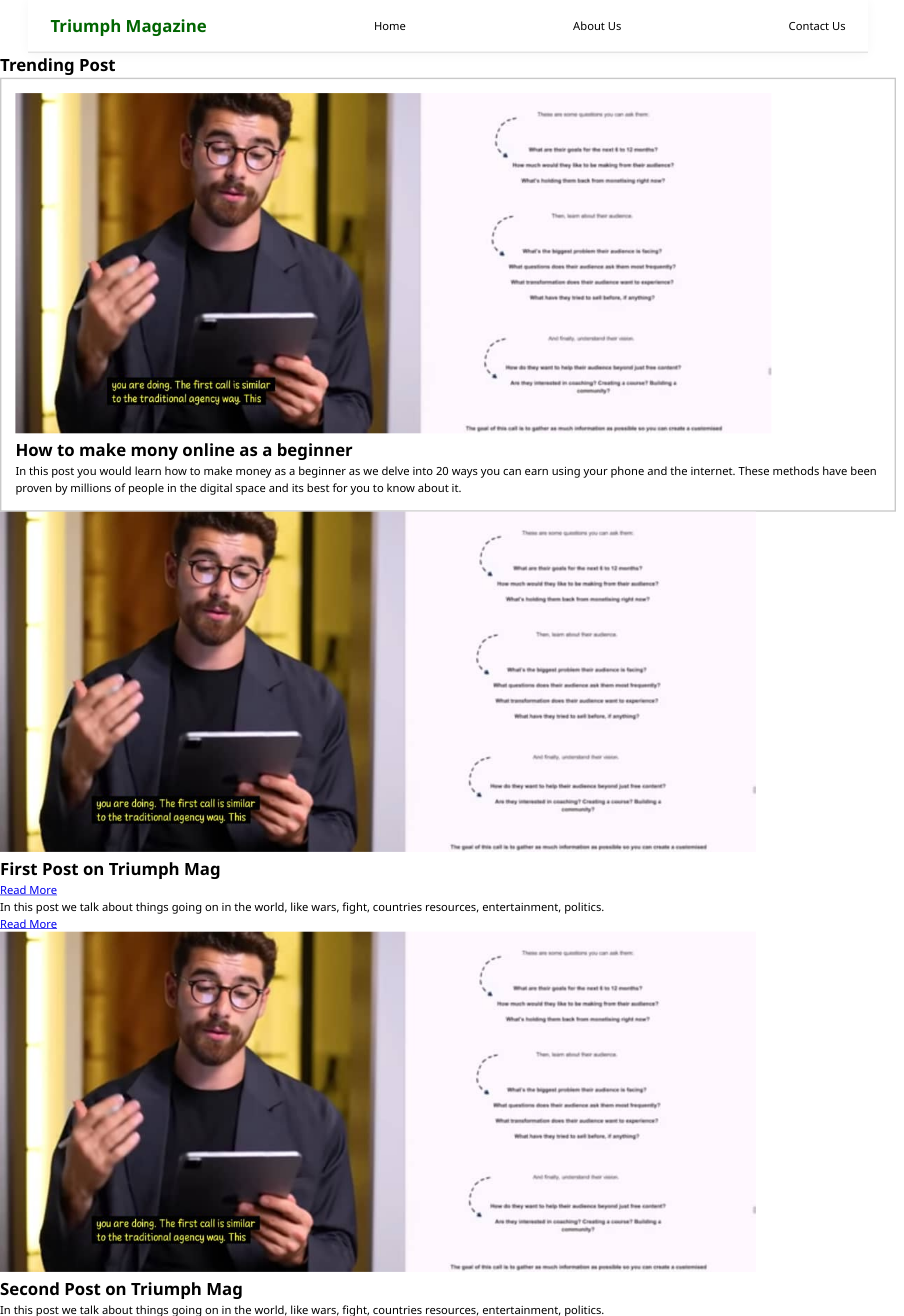
Repository: zikcolle/Triumph-Blog
Page: index.html
An editor plug-in stored every save of this project. The page is shown before and after a run of saves, followed by the edit.
The browser window is 1280 px wide. The page is 1280 px wide, then 1292 px, so the pictures cover 1292 px, including what lies to the right of the window. The pictures show the part of the page from y = 0 to 1880 px (the page is 4859 px tall before and 5263 px after), at 70% of full size.

Above is the page before, as saved 2026-06-20 15:27:37.

After the next 2 saves:
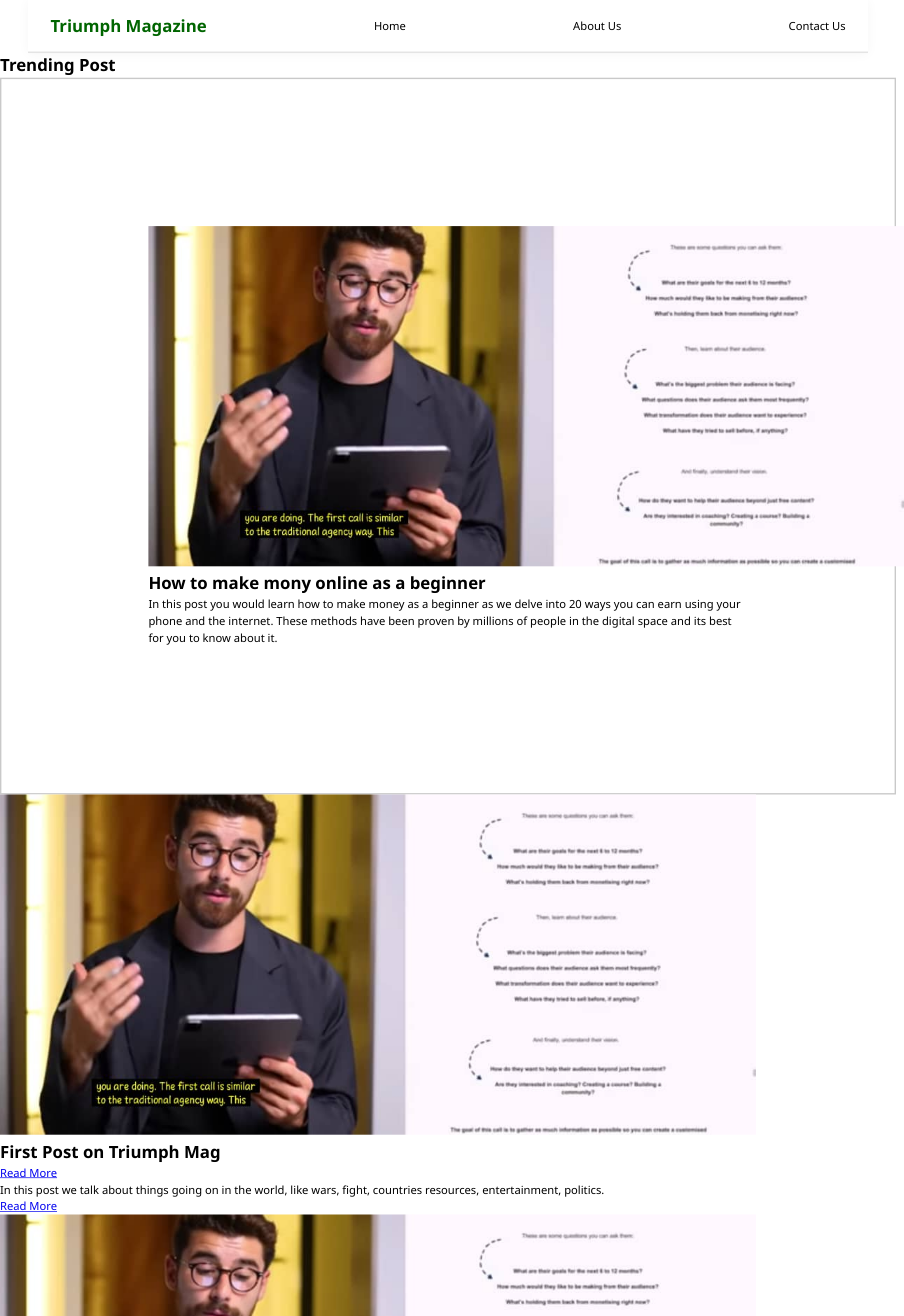
The 2 saves are shown as one change because they came seconds apart.
The last was saved 10 s later.
--- a/styles.css
+++ b/styles.css
@@ -45,5 +45,5 @@ header a:hover {
     display: block;
     background-color: rgb(255, 255, 255);
     border: 2px solid rgba(0, 0, 0, 0.213);
-    padding: 20px;
+    padding: 210px;
 }
